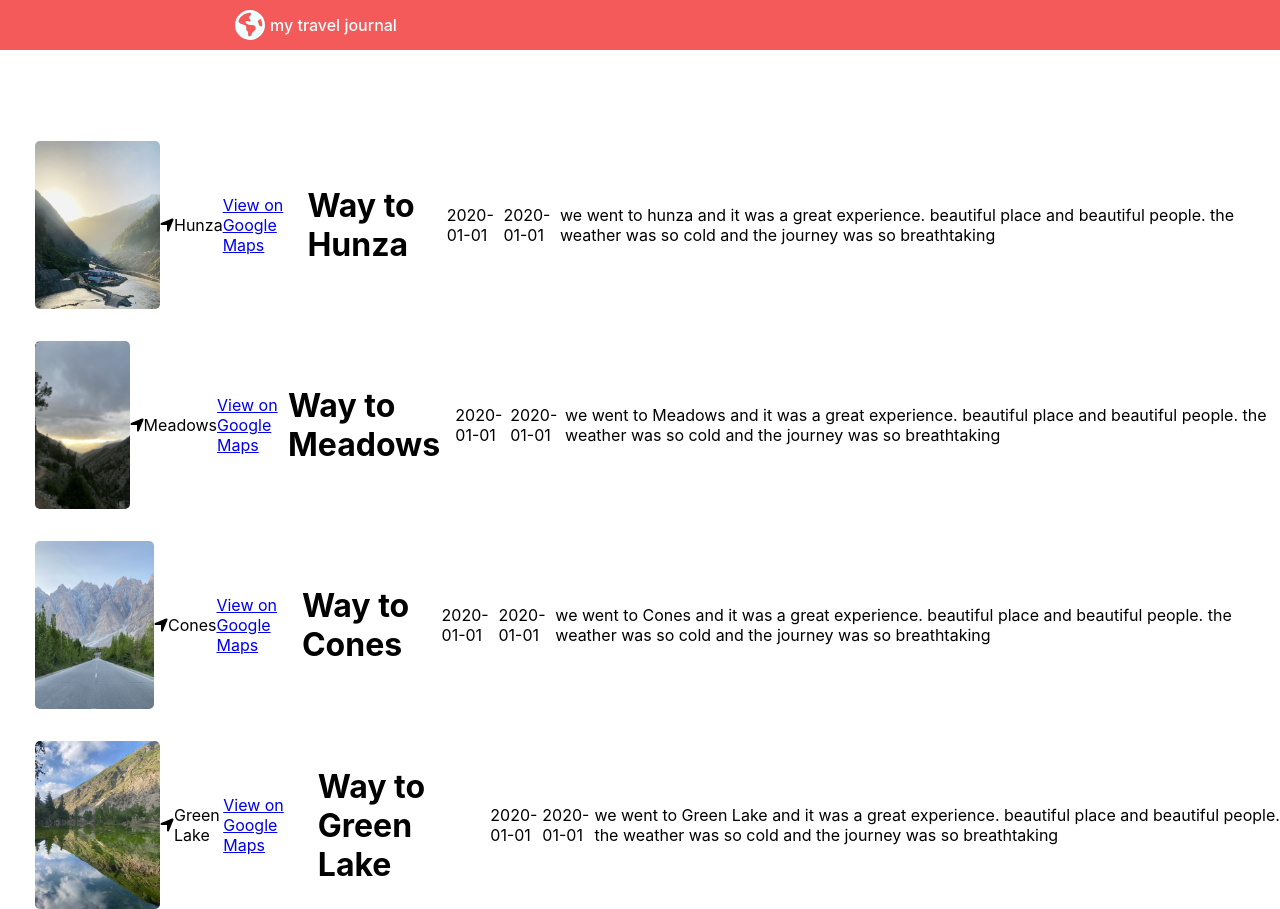
Repository: mortiestmorty1/travel-journal
Page: /
An editor plug-in stored every save of this project. The page is shown before and after the next save, followed by the edit.
The browser window is 1280 px wide. The pictures show the whole page.
The project was rebuilt for these pictures with package versions that can differ from the ones it lists, and the page was loaded fresh each time.

Above is the page before, as saved 2024-01-17 14:53:36.

After the next save:
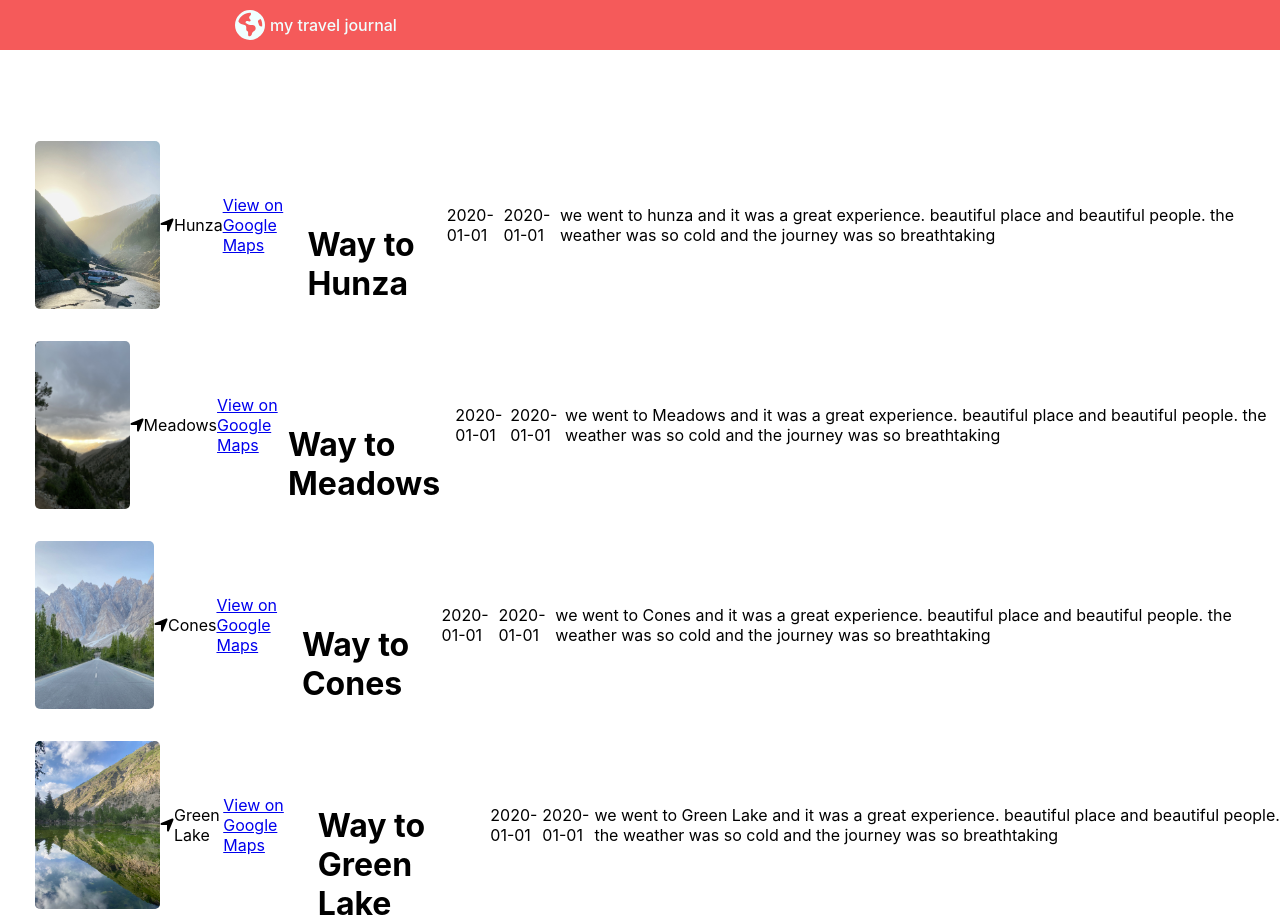
Saved 2 min 17 s later.
--- a/src/App.css
+++ b/src/App.css
@@ -44,7 +44,5 @@
   align-items: center;
 }
 .Title{
-  display: flex;
-  justify-content: space-between;
-  align-items: center;
+  margin-top: 100px;
 }

After the save that followed:
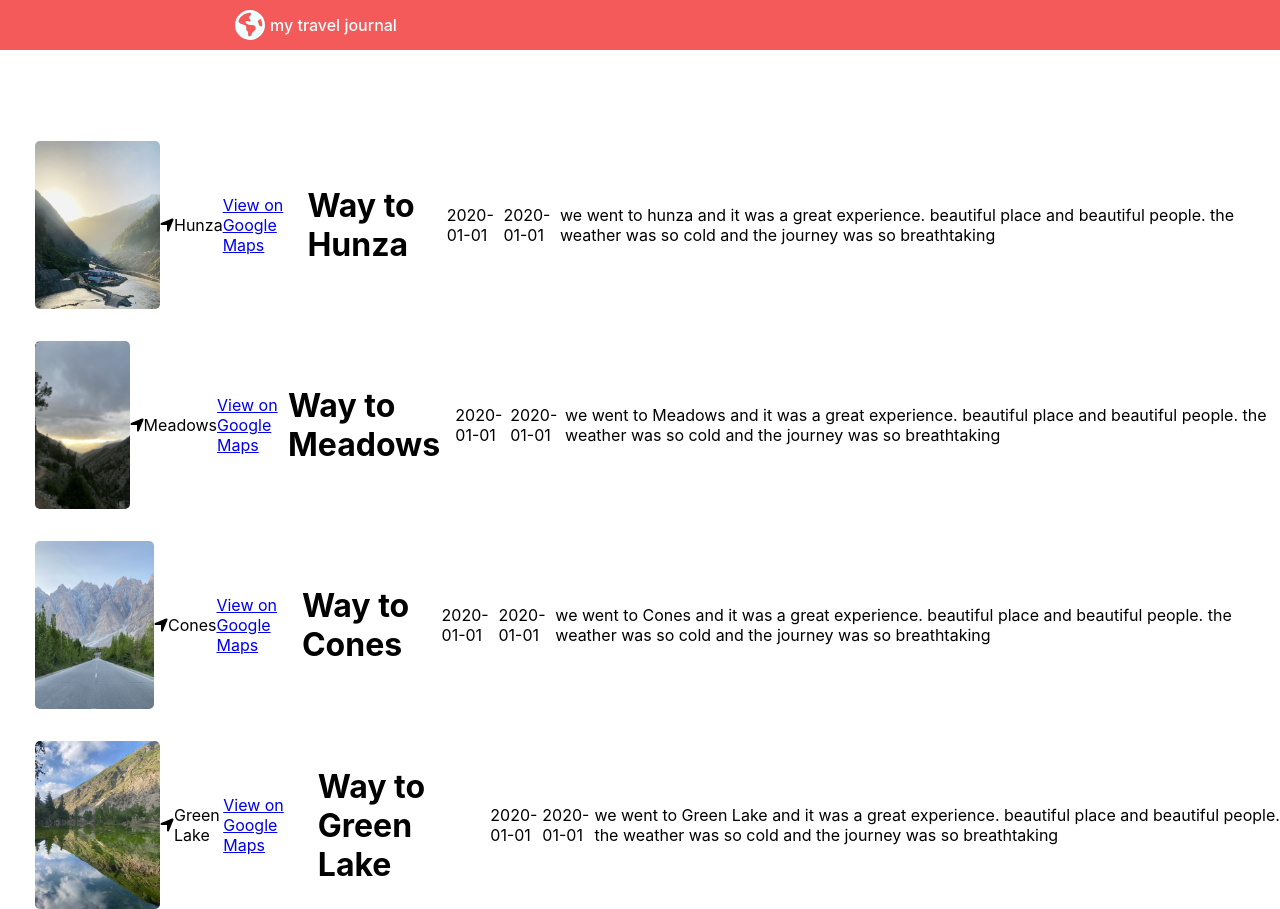
Saved 23 s later.
--- a/src/App.css
+++ b/src/App.css
@@ -25,7 +25,7 @@
 }
 .content-container{
   display: flex;
-  justify-content: space-between;;
+  justify-content: space-between;
   align-items: center;
   margin-top: 150px;
   height: 50px;
@@ -44,5 +44,5 @@
   align-items: center;
 }
 .Title{
-  margin-top: 100px;
+
 }
